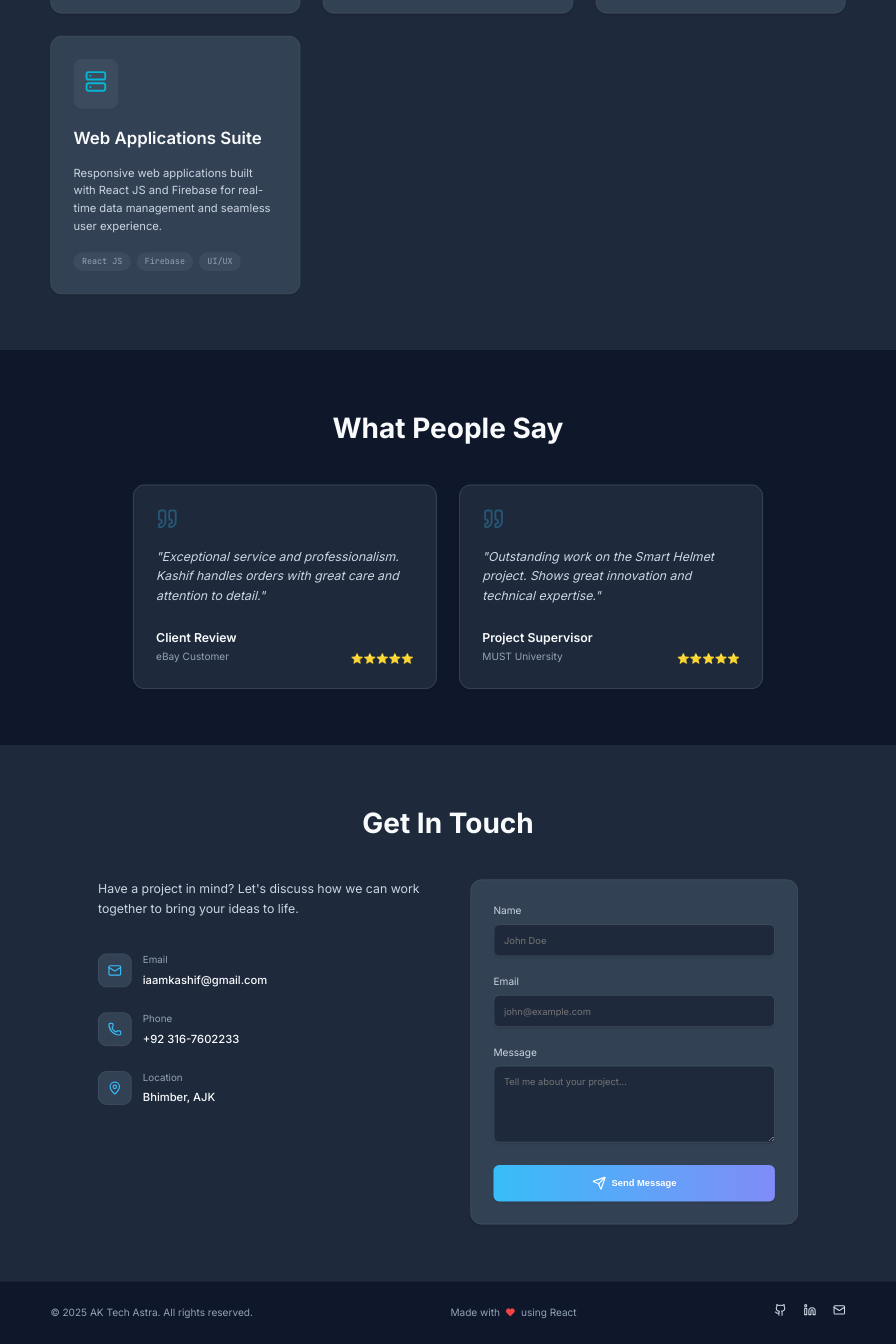
Repository: Kashif-Rehman/my-portfolio-
Page: /
The author's editor kept a copy of each file at every save. The page is drawn from the files as they stood at one save, then again after the next save.
The browser window is 1280 px wide. The pictures show the part of the page from y = 3165 to 5085 px (the page is 5085 px tall before and 5069 px after), at 70% of full size.
The project was rebuilt for these pictures with package versions that can differ from the ones it lists, and the page was loaded fresh each time.

Above is the page before, as saved 2025-11-29 02:09:45.

After the next save:
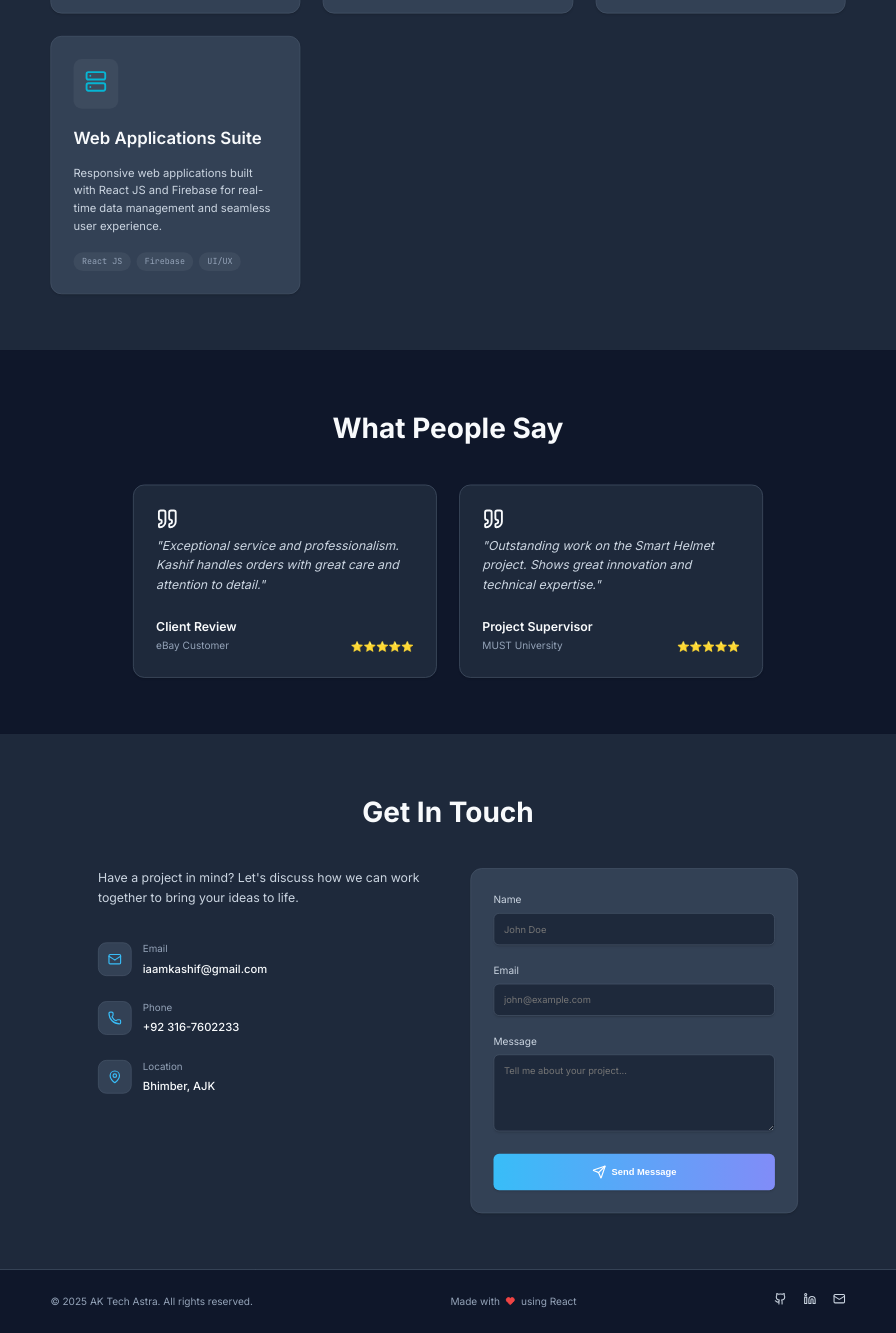
Saved 14 s later.
--- a/src/components/Testimonials.module.css
+++ b/src/components/Testimonials.module.css
@@ -26,7 +26,7 @@
     box-shadow: var(--shadow-sm);
 }
 
-.quoteIcon {
+.card:hover {\n    transform: translateY(-5px);\n    box-shadow: var(--shadow-md);\n    border-color: var(--accent-primary);\n}\n\n.quoteIcon {
     color: var(--accent-primary);
     opacity: 0.3;
     margin-bottom: 1rem;

After the save that followed:
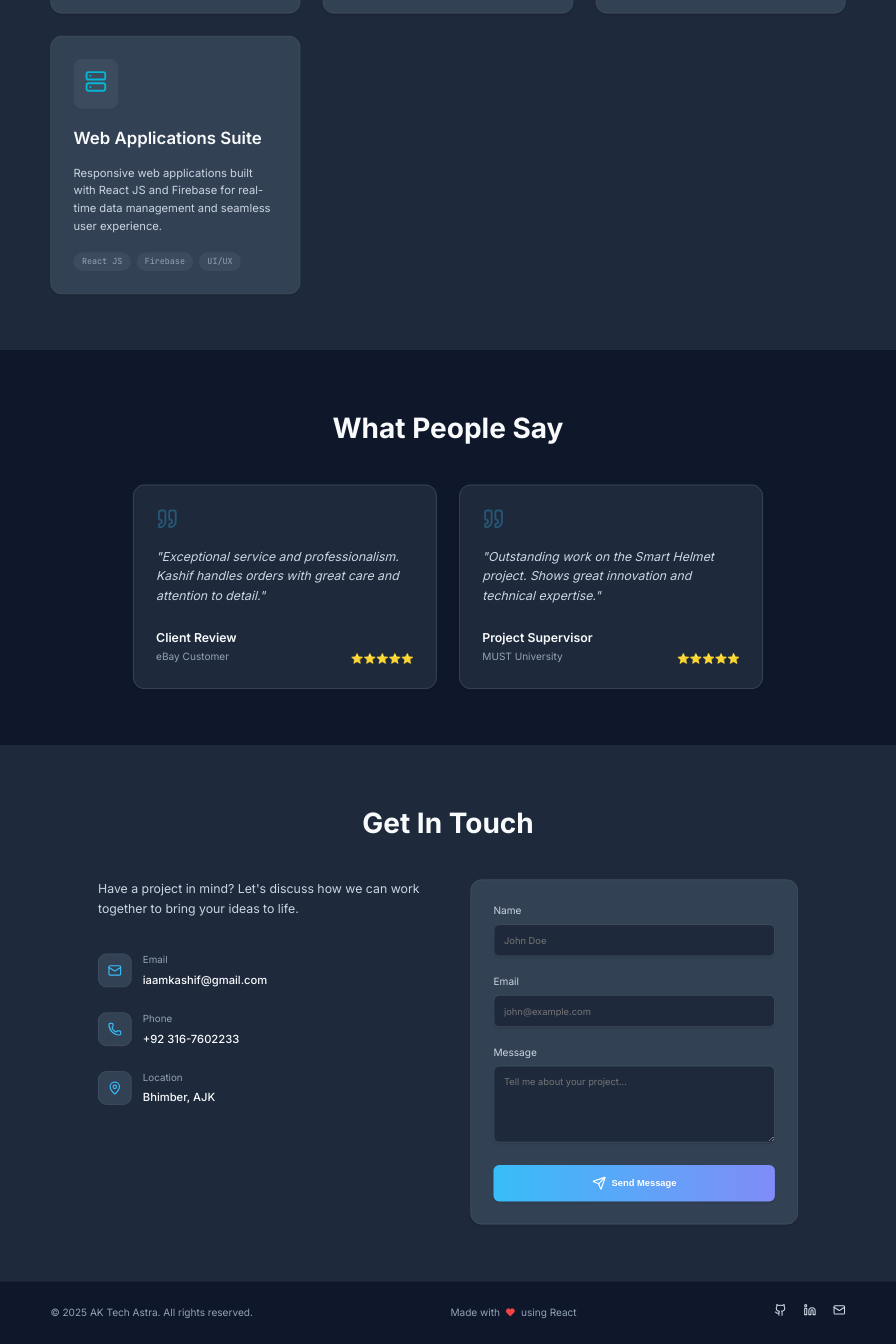
Saved 47 s later.
--- a/src/components/Testimonials.module.css
+++ b/src/components/Testimonials.module.css
@@ -26,7 +26,13 @@
     box-shadow: var(--shadow-sm);
 }
 
-.card:hover {\n    transform: translateY(-5px);\n    box-shadow: var(--shadow-md);\n    border-color: var(--accent-primary);\n}\n\n.quoteIcon {
+.card:hover {
+    transform: translateY(-5px);
+    box-shadow: var(--shadow-md);
+    border-color: var(--accent-primary);
+}
+
+.quoteIcon {
     color: var(--accent-primary);
     opacity: 0.3;
     margin-bottom: 1rem;
